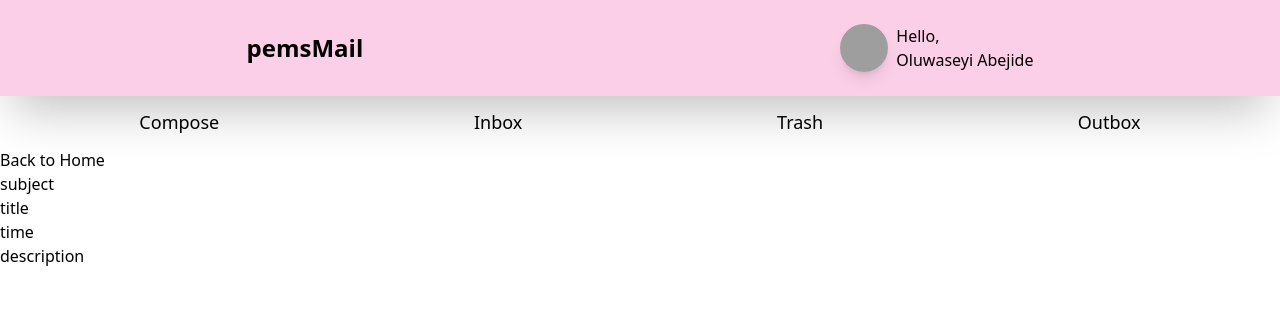
Repository: Semanmernstack/mailclone
Page: /mail
The author's editor kept a copy of each file at every save. The page is drawn from the files as they stood at one save, then again after the next save.
The browser window is 1280 px wide. The pictures show the whole page.
Pictures or frames that could not be fetched are drawn as grey boxes. The project was rebuilt for these pictures with package versions that can differ from the ones it lists, and the page was loaded fresh each time. Also part of the build but not shown: src/features/counter/Counter.module.css, src/features/counter/Counter.js, src/OpenRow.js, src/Open.js.

Above is the page before, as saved 2023-01-16 03:08:32.

After the next save:
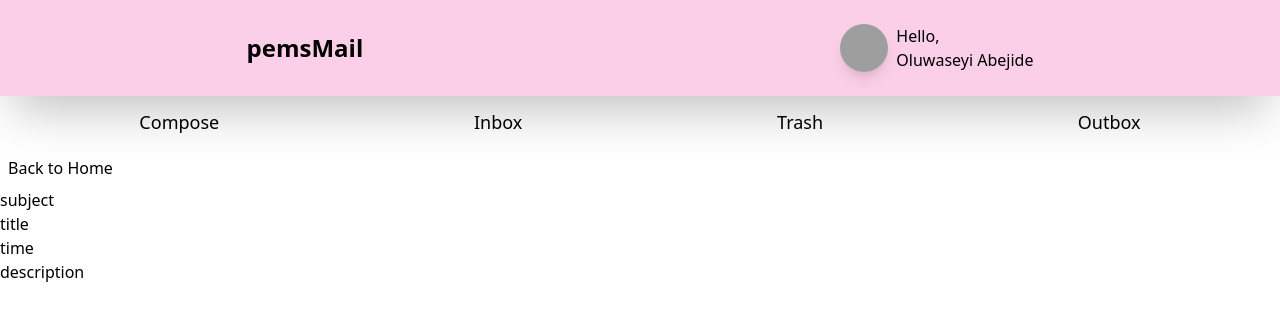
Saved 25 s later.
--- a/src/Mail.js
+++ b/src/Mail.js
@@ -4,7 +4,7 @@ function Mail() {
   return (
     <div className="flex flex-col">
         <div>
-            <p>Back to Home</p>
+            <p className='p-2'>Back to Home</p>
         </div>
         <div>
            <div>
